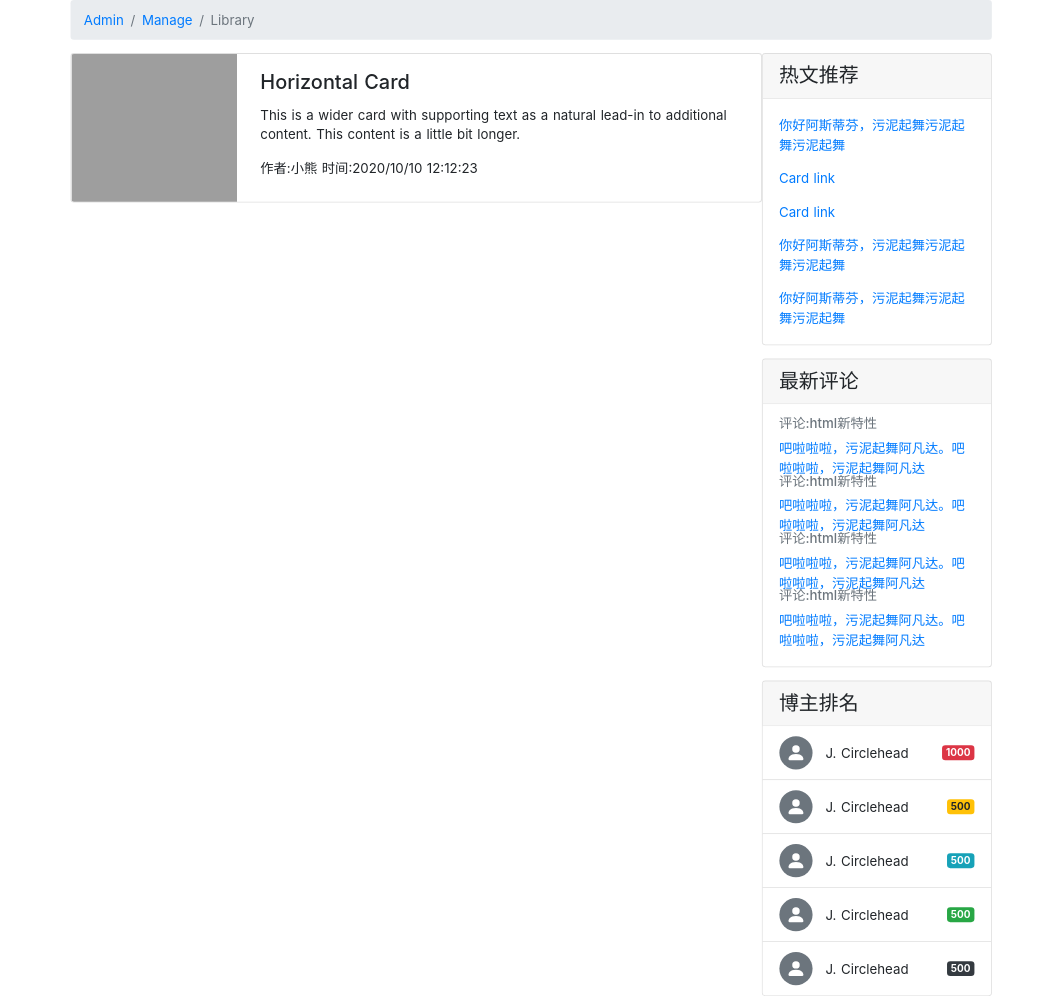
Repository: MTTTM/nuxt-xiaomatata
Page: /
These files come from the project's save history. The page is drawn as it stood at one moment and after the next save; the edit follows.
The browser window is 1280 px wide. The pictures show the part of the page from y = 600 to 1980 px (the page is 1800 px tall before and 1980 px after), at 83% of full size.
Pictures or frames that could not be fetched are drawn as grey boxes. The project was rebuilt for these pictures with package versions that can differ from the ones it lists, and the page was loaded fresh each time. The framework's server and built-in components were replaced by stand-ins that run in the browser. Also part of the build but not shown: nuxt.config.js, components/Logo.vue, components/aboutMe.vue, components/articleListItem.vue, components/bloggerRanking.vue, components/carouselBox.vue, components/classifyList.vue, components/commentBox.vue and 7 more. Imported but missing from the stored project, and not drawn on this page: components/cmSpinner, mixins/scrollLoad.

Above is the page before, as saved 2021-04-10 12:41:39.

After the next save:
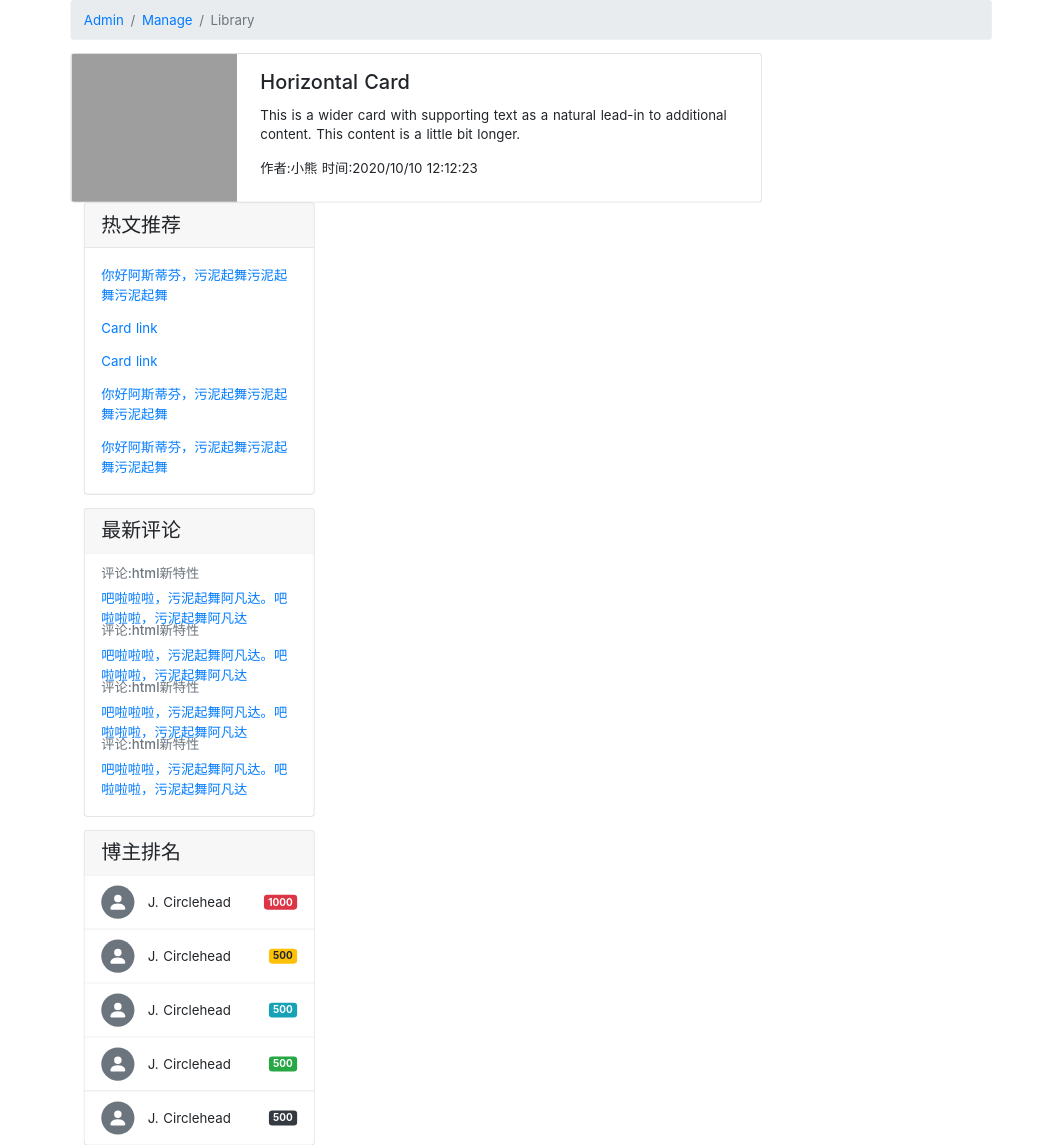
Saved 79 s later.
--- a/pages/index.vue
+++ b/pages/index.vue
@@ -82,7 +82,7 @@
             </b-row>
           </b-card>
         </b-col>
-        <b-col cols="3" md="3" sm="12">
+        <b-col cols="3" md="3" sm="12" style="margin-left: 1rem">
           <b-card no-body>
             <template #header>
               <h4 class="mb-0">热文推荐</h4>

After the save that followed:
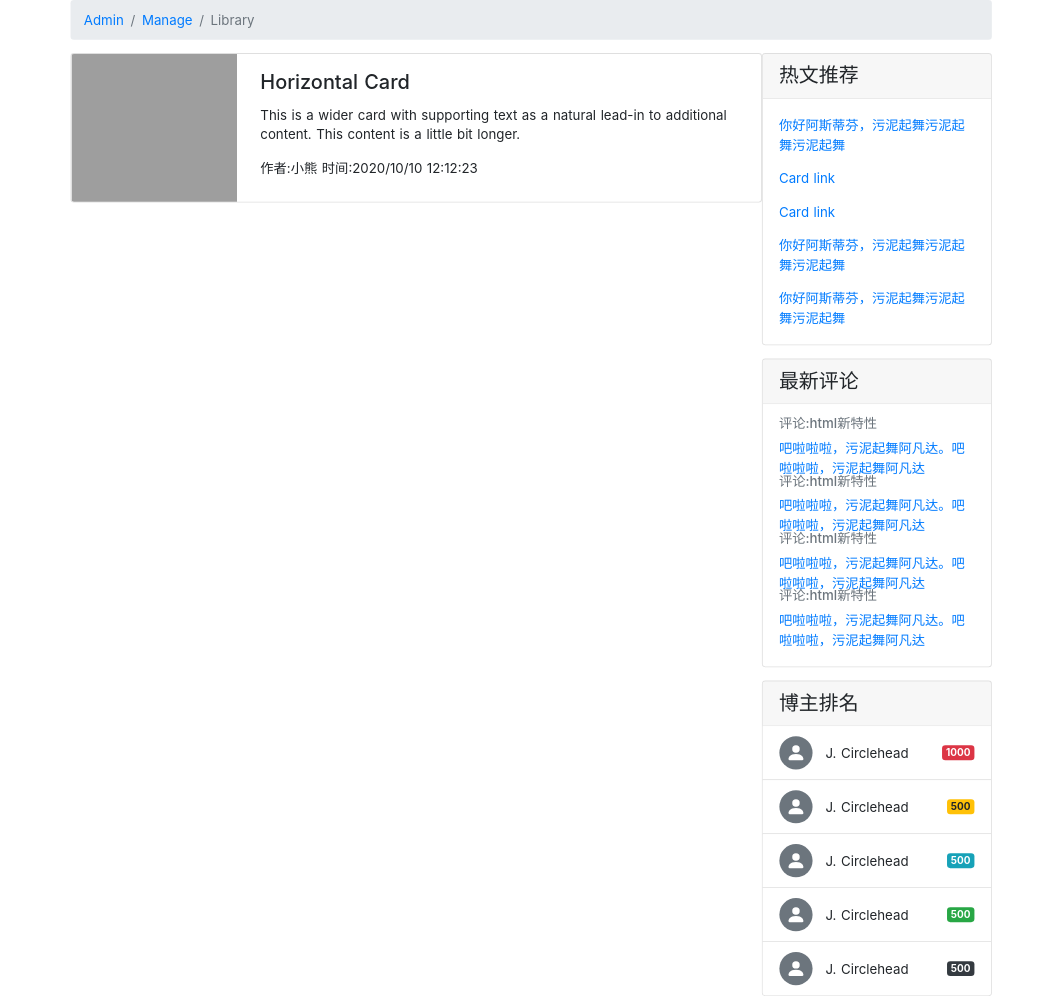
Saved 14 s later.
--- a/pages/index.vue
+++ b/pages/index.vue
@@ -82,7 +82,7 @@
             </b-row>
           </b-card>
         </b-col>
-        <b-col cols="3" md="3" sm="12" style="margin-left: 1rem">
+        <b-col cols="3" md="3" sm="12">
           <b-card no-body>
             <template #header>
               <h4 class="mb-0">热文推荐</h4>
